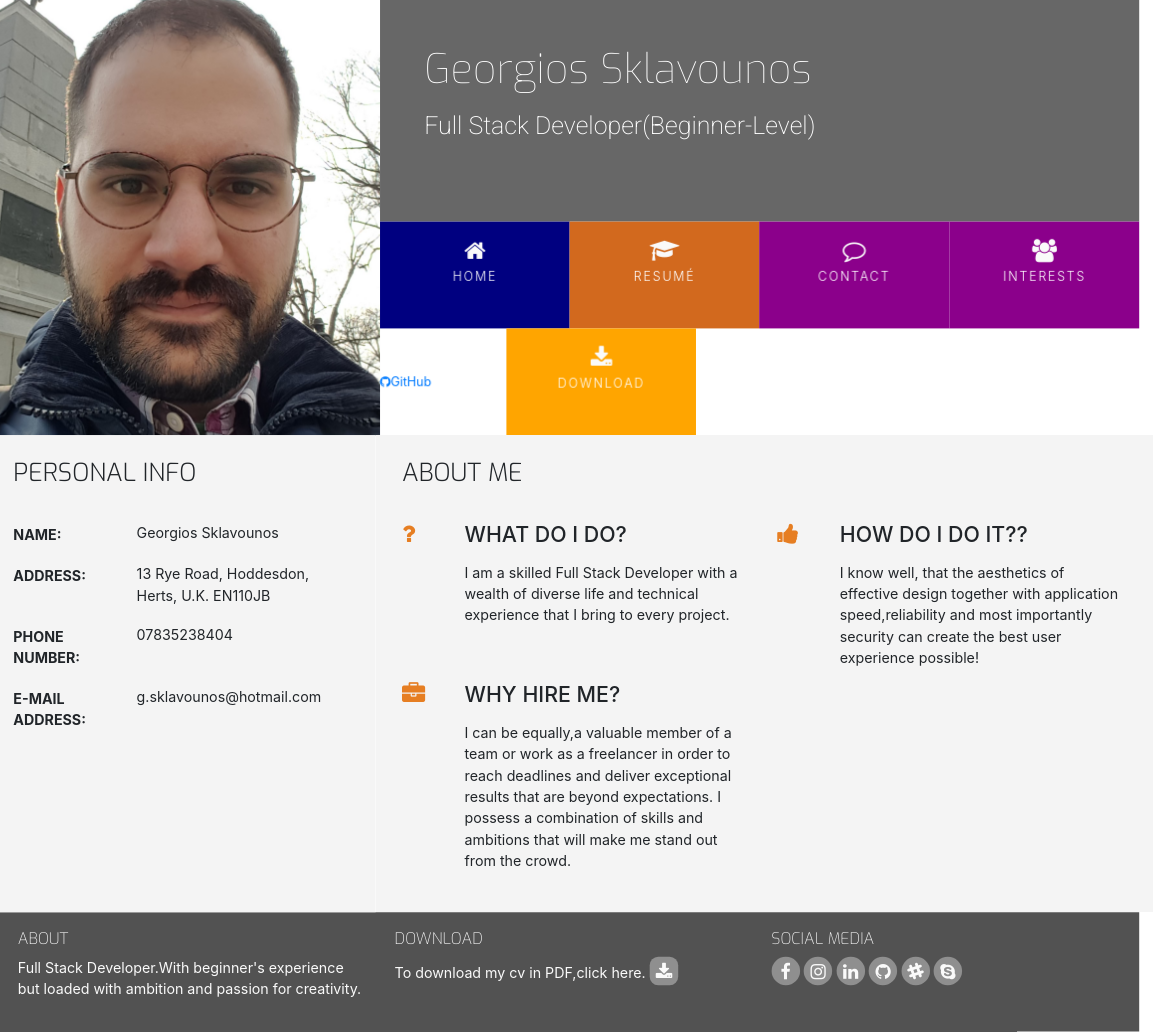
Repository: GeorgiosSklav/MyResume
Page: github.html
The author's editor kept a record of every edit. The page is drawn from the files as they stood at one moment, then again after the next edit.
The browser window is 1280 px wide. The page is 1295 px wide, so the pictures cover 1295 px, including what lies to the right of the window. The pictures show the whole page, at 89% of full size.

Above is the page before.

After the next edit:
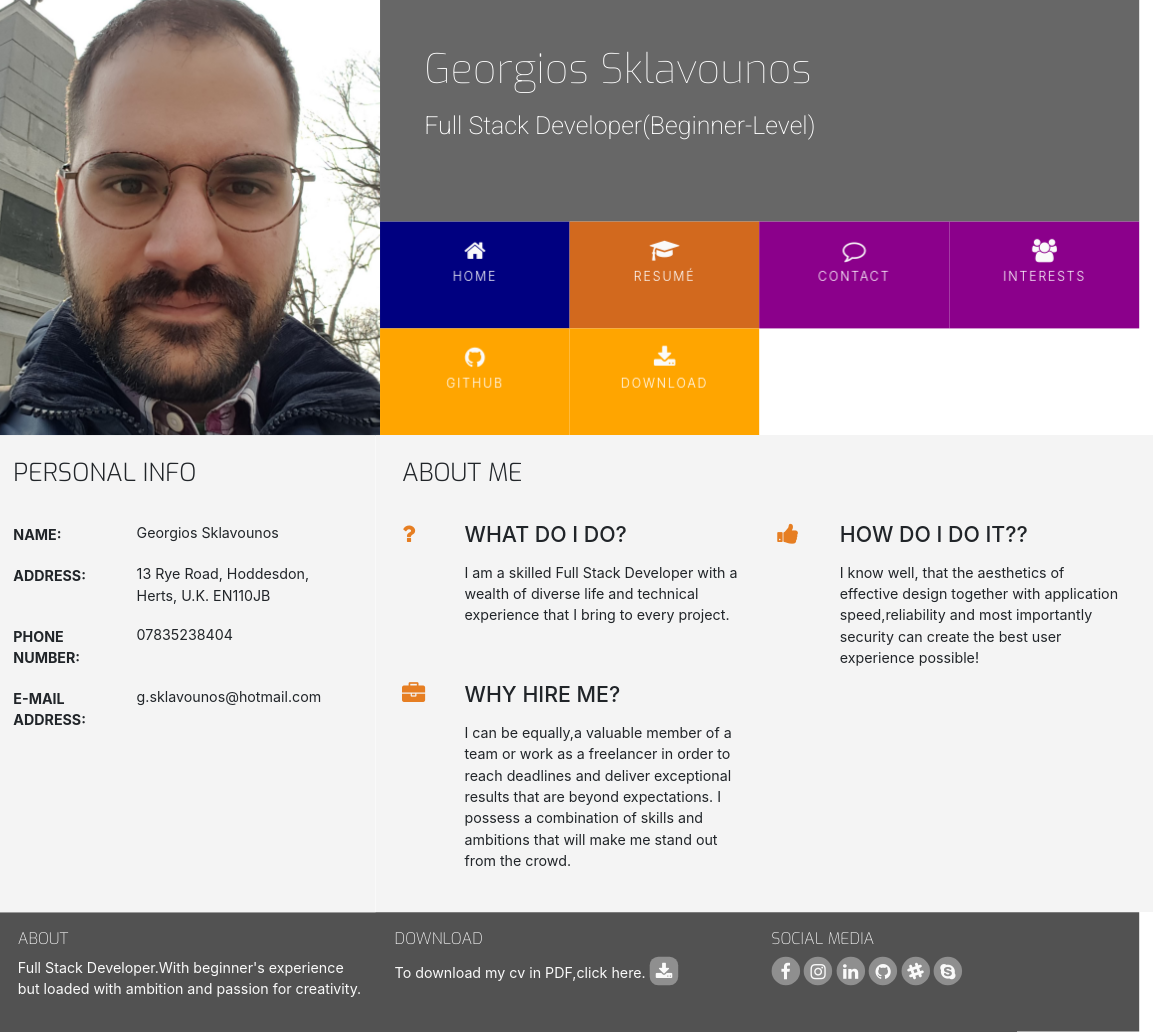
The edit:
--- a/github.html
+++ b/github.html
@@ -40,7 +40,7 @@
                             <li class="col-6 col-sm-3 color-contact list-inline-item menu-item">
                                 <a href="interests.html" class="hvr-sweep-to-left"><i class="fa fa-users" aria-hidden="true"></i><span>Interests</span></a>
                             </li>
-                            <li class="col-6 col-sm-2 ui-menu-color-github list-inline-item menuitem">
+                            <li class="col-6 col-sm-3 color-download list-inline-item menu-item">
                                 <a href="github.html" class="hvr-sweep-to-right"><i class="fa fa-github" aria-hidden="true"></i><span>GitHub</span></a>
                             </li>
                             <li class="col-6 col-sm-3 color-download list-inline-item menu-item">
